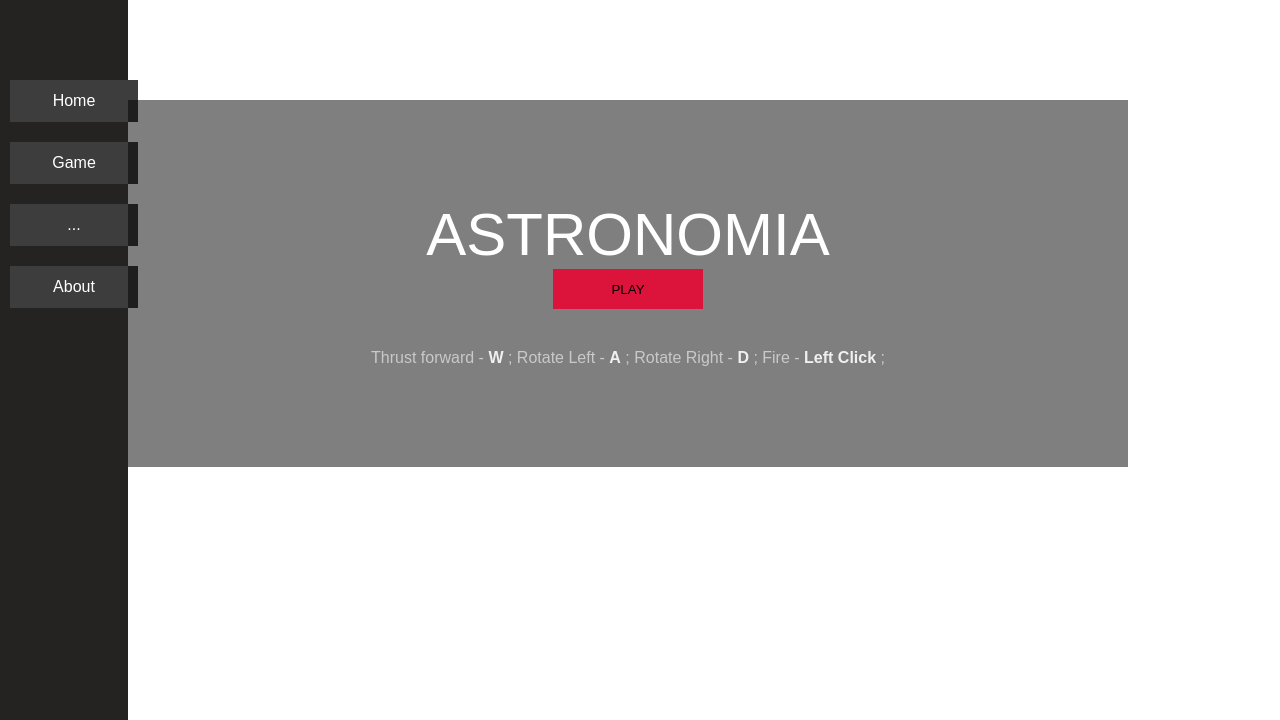
Repository: LaukiniXs/astronomia
Page: index.html
An editor plug-in stored every save of this project. The page is shown before and after the next save, followed by the edit.
The browser window is 1280 px wide. The pictures show the whole page.

Above is the page before, as saved 2020-05-18 13:35:58.
Not found: index.ts

After the next save:
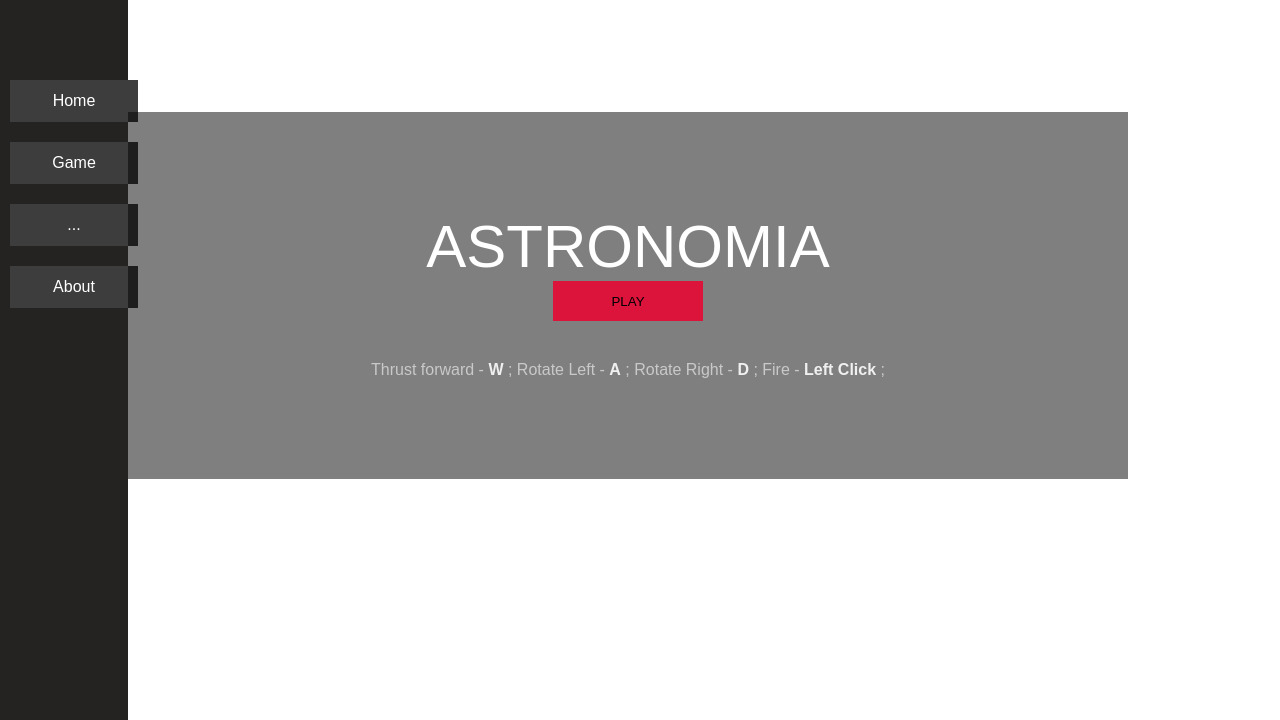
Saved 26 s later.
--- a/style.css
+++ b/style.css
@@ -100,6 +100,7 @@
   float: left;
 }
 #gamediv{
+  margin-top: 12px;
 float: left;
 }
 #log{
